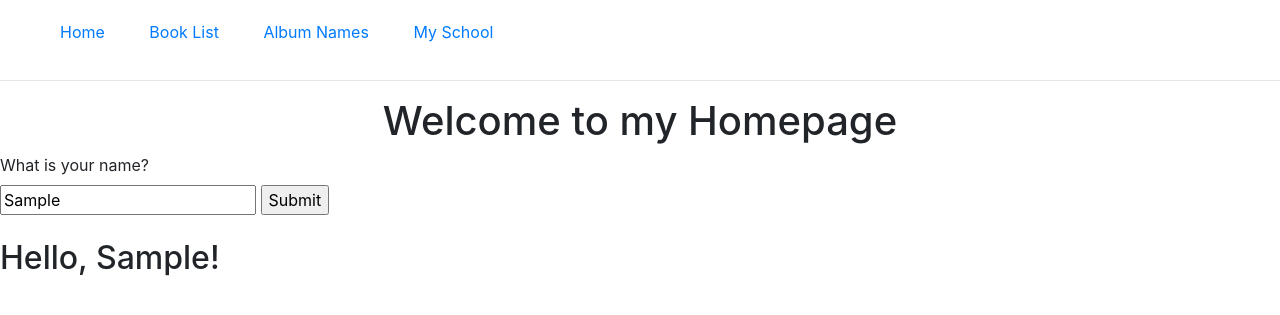
Repository: KodakBrax/CS50
Page: pset8/homepage/index.html
The author's editor kept a record of every edit. The page is drawn from the files as they stood at one moment, then again after the next edit.
The browser window is 1280 px wide. The pictures show the whole page.
Empty fields were first filled with sample values (such as "Sample", 5 or name@example.com).
After loading, the first visible `form` was submitted once.

Above is the page before.

### pset8/homepage/index.html
<!DOCTYPE html>

<html lang="en">
    <head>
        <link href="https://stackpath.bootstrapcdn.com/bootstrap/4.1.3/css/bootstrap.min.css" rel="stylesheet">
        <link href="styles.css" rel="stylesheet">
        <title>My Webpage</title>
        <script>
            function greet() {
                let name = document.querySelector('#name').value;
                if (name === '') {
                    name = 'World';
                }
                document.querySelector('#fin').innerHTML = 'Hello, ' + name + '!';
            }
        </script>
    </head>
    <body>
        <ul>
            <li><a href="index.html">Home</a></li>
            <li><a href="book.html">Book List</a></li>
            <li><a href="album.html">Album Names</a></li>
            <li><a href="school.html">My School</a></li>
        </ul>
        <hr>
        <h1>Welcome to my Homepage</h1>
        <form onsubmit="greet(); return false">
            <label for="name">What is your name?</label><br>
            <input type="text" id="name" name="name">
            <input type="submit">
        </form>
        <br>
        <h2 id="fin">Hello</h2>
    </body>
</html>

### pset8/homepage/styles.css
li {
    display: inline-block;
    padding: 20px;
}

h1 {
    text-align: center;
}

#list li {
    display: block;
    text-align: center;
    padding: 0;
}

After the next edit:
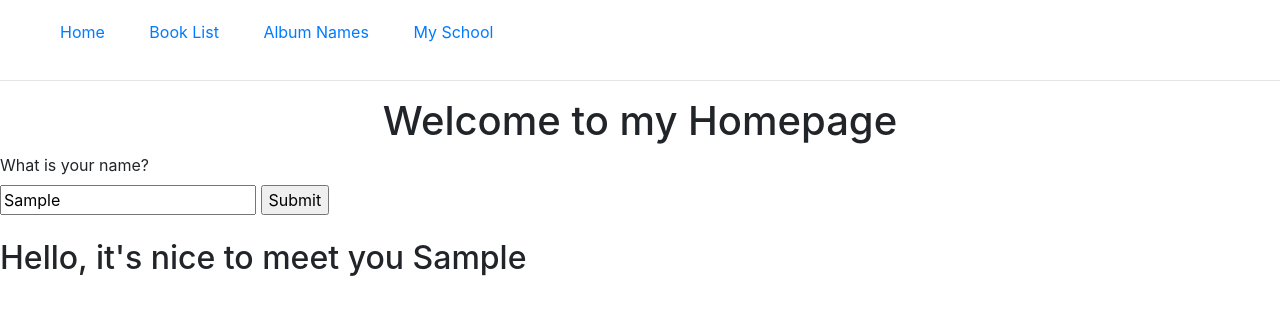
The edit:
--- a/pset8/homepage/index.html
+++ b/pset8/homepage/index.html
@@ -11,7 +11,7 @@
                 if (name === '') {
                     name = 'World';
                 }
-                document.querySelector('#fin').innerHTML = 'Hello, ' + name + '!';
+                document.querySelector('#fin').innerHTML = 'Hello, it\'s nice to meet you ' + name;
             }
         </script>
     </head>
